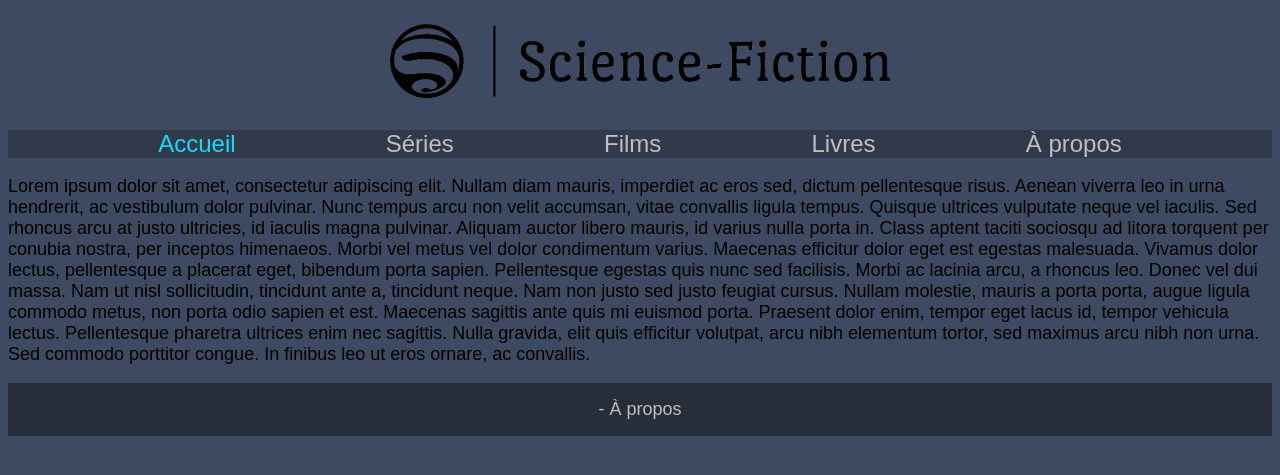
Repository: Emalios/Projet-Web
Page: index.html
An editor plug-in stored every save of this project. The page is shown before and after the next save, followed by the edit.
The browser window is 1280 px wide. The pictures show the whole page.

Above is the page before, as saved 2020-11-11 18:00:28.

After the next save:
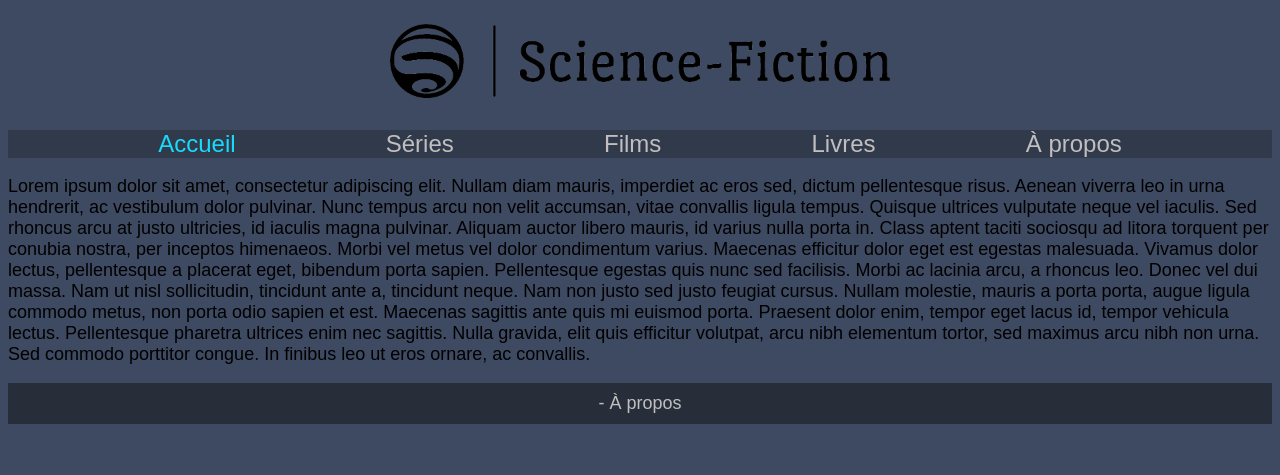
Saved 42 s later.
--- a/css/common.css
+++ b/css/common.css
@@ -45,8 +45,8 @@
 }
 
 footer {
-  padding-top: 1rem;
-  padding-bottom: 1rem;
+  padding-top: 10px;
+  padding-bottom: 10px;
   background-color: #272e3a;
   text-align: center;
 }
